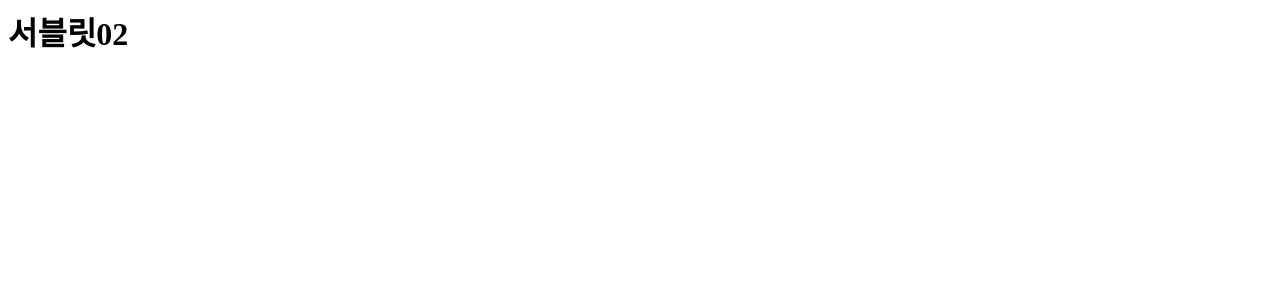
Repository: Minh137/java_works
Page: http://localhost/web05/servlet02
These files come from the project's save history. The page is drawn as it stood at one moment and after the next save; the edit follows.
The browser window is 1280 px wide. The pictures show the whole page.
The page is served by Tomcat 9. Other server files are loaded and not shown.

Above is the page before, as saved 2024-08-26 00:52:27.

### web05/src/main/java/Servlet01/Servlet02.java
package Servlet01;

import java.io.IOException;
import java.io.PrintWriter;

import javax.servlet.ServletException;
import javax.servlet.annotation.WebServlet;
import javax.servlet.http.HttpServlet;
import javax.servlet.http.HttpServletRequest;
import javax.servlet.http.HttpServletResponse;

@WebServlet("/servlet02")
public class Servlet02 extends HttpServlet {
	private static final long serialVersionUID = 1L;


	protected void doGet(HttpServletRequest request, HttpServletResponse response) throws ServletException, IOException {
		response.setContentType("text/html;charset=utf-8");
		PrintWriter out = response.getWriter();
		String str = request.getParameter("str");
		out.println("<html><head></head><body>");
		out.println("<h1>서블릿02</h1>");
		out.println("</body></html>");
	}

	protected void doPost(HttpServletRequest request, HttpServletResponse response) throws ServletException, IOException {
		// TODO Auto-generated method stub
		doGet(request, response);
	}

}

After the next save:
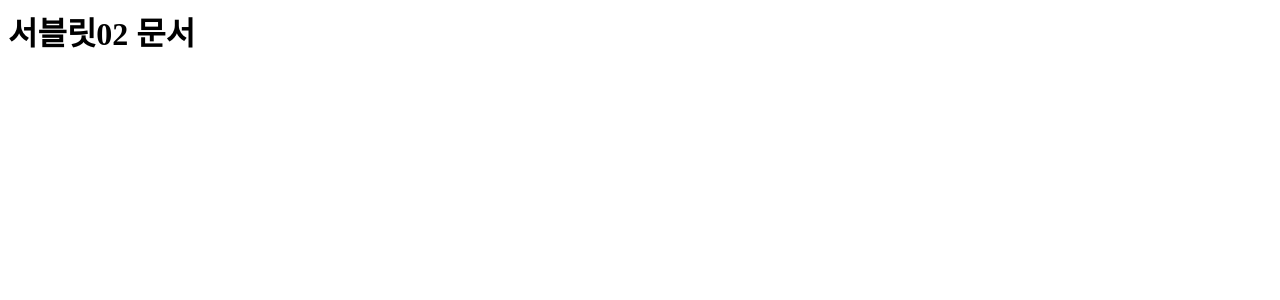
Saved 34 s later.
--- a/web05/src/main/java/Servlet01/Servlet02.java
+++ b/web05/src/main/java/Servlet01/Servlet02.java
@@ -19,7 +19,7 @@ public class Servlet02 extends HttpServlet {
 		PrintWriter out = response.getWriter();
 		String str = request.getParameter("str");
 		out.println("<html><head></head><body>");
-		out.println("<h1>서블릿02</h1>");
+		out.println("<h1>서블릿02 문서</h1>");
 		out.println("</body></html>");
 	}
 
